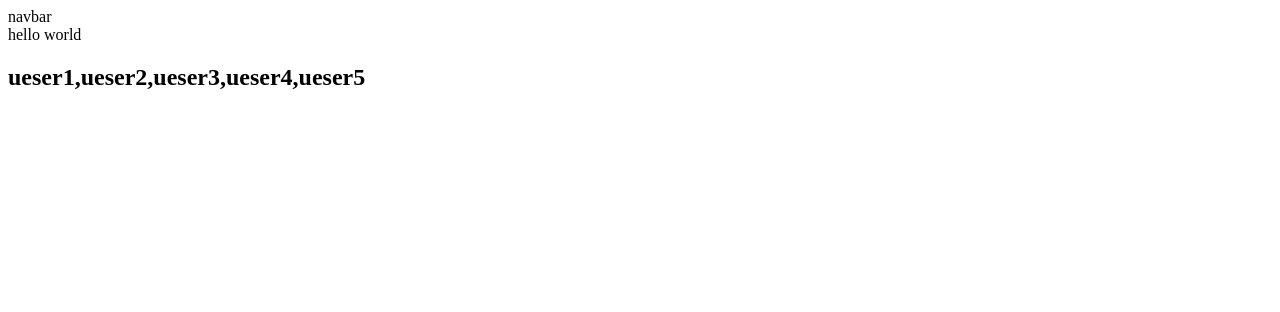
Repository: Mithun-74/first_react_project
Page: /
An editor plug-in stored every save of this project. The page is shown before and after a run of saves, followed by the edit.
The browser window is 1280 px wide. The pictures show the whole page.
The project was rebuilt for these pictures with package versions that can differ from the ones it lists, and the page was loaded fresh each time. Also part of the build but not shown: vite.config.js, src/index.css.

Above is the page before, as saved 2025-06-03 14:33:29.

### src/App.jsx
import React from 'react'
import { Navbar } from './components/navbar'

const App = () => {
  let x = "hello world";
  let array = ["ueser1,ueser2,ueser3,ueser4,ueser5"]
  return (
    <div>
      <Navbar/>
        {x}
        {array.map((user)=>{return <h2>{user}</h2>})}
    </div>
  )
}

export default App

### src/components/navbar.jsx
import React from 'react'

export const Navbar = () => {
  return (
    <div>navbar</div>
  )
}

Loaded but not shown: index.html (common file); src/main.jsx (common file)

After the next 8 saves:
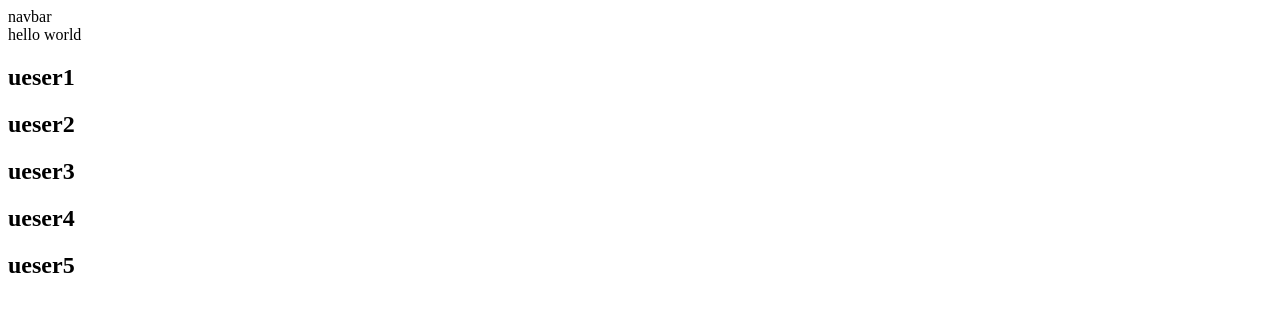
The 8 saves are shown as one change because they came seconds apart.
The last was saved 58 s later.
--- a/src/App.jsx
+++ b/src/App.jsx
@@ -3,7 +3,7 @@
 
 const App = () => {
   let x = "hello world";
-  let array = ["ueser1,ueser2,ueser3,ueser4,ueser5"]
+  let array = ["ueser1","ueser2","ueser3","ueser4","ueser5"]
   return (
     <div>
       <Navbar/>
